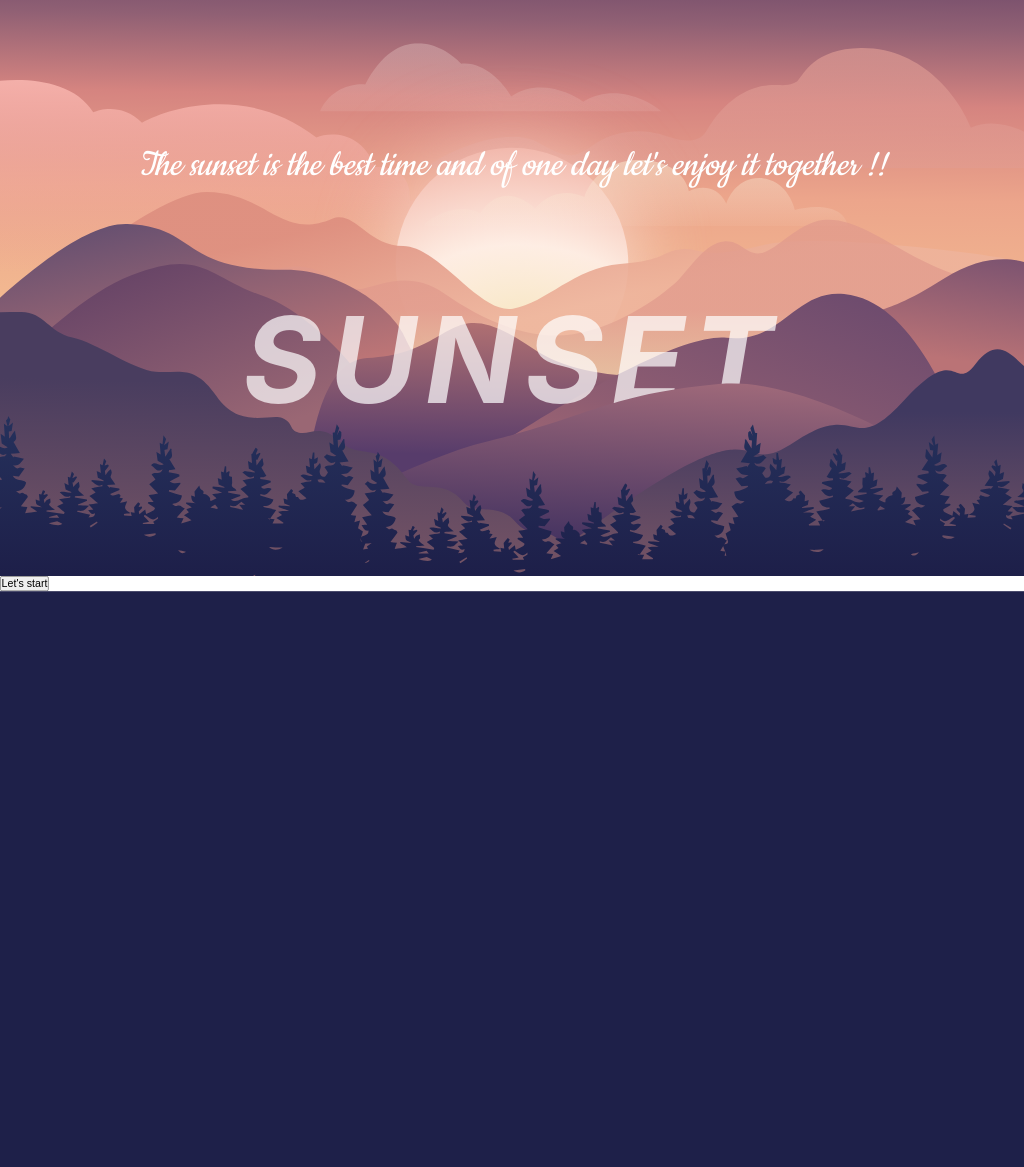
Repository: nambui98/parallax
Page: /
These files come from the project's save history. The page is drawn as it stood at one moment and after the next save; the edit follows.
The browser window is 1280 px wide. The pictures show the whole page, at 80% of full size.
The project was rebuilt for these pictures with package versions that can differ from the ones it lists, and the page was loaded fresh each time. Also part of the build but not shown: vite.config.ts.

Above is the page before, as saved 2022-03-24 14:30:05.

After the next save:
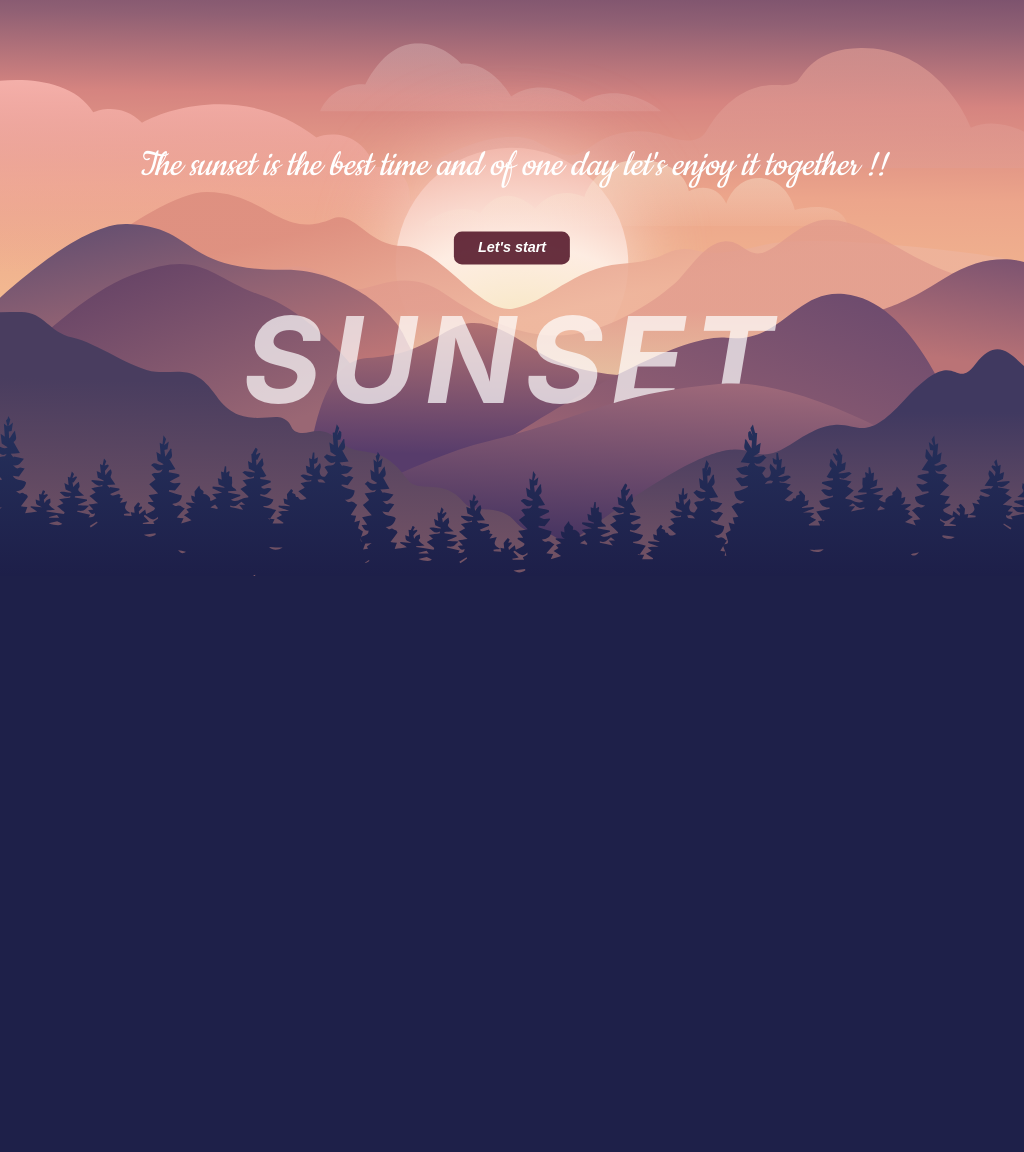
Saved 15 s later.
--- a/src/App.scss
+++ b/src/App.scss
@@ -101,26 +101,26 @@ html{
       z-index: 2;
     }
   }
-  .btn{
-    z-index: 100;
+}
+.btn{
+  z-index: 100;
 
-    position: absolute;
-    top: calc(50% - 5rem);
-    left: 50%;
-    transform: translate(-50%, -50%);
-    border: none;
-    background: rgba(65, 0, 22, 0.8);
-    font-style: italic;
-    color: #fff;
-    padding: 1rem 3rem;
-    border-radius: 1rem;
-    cursor: pointer;
-    // font-size: 1.8rem;
-    // font-weight: 700;
-    &:hover{
-      color: rgba(65, 0, 22, 0.8);
-      background: transparent;
-    }
+  position: absolute;
+  top: calc(50% - 5rem);
+  left: 50%;
+  transform: translate(-50%, -50%);
+  border: none;
+  background: rgba(65, 0, 22, 0.8);
+  font-style: italic;
+  color: #fff;
+  padding: 1rem 3rem;
+  border-radius: 1rem;
+  cursor: pointer;
+  font-size: 1.8rem;
+  font-weight: 700;
+  &:hover{
+    color: rgba(65, 0, 22, 0.8);
+    background: transparent;
   }
 }
 .content{
